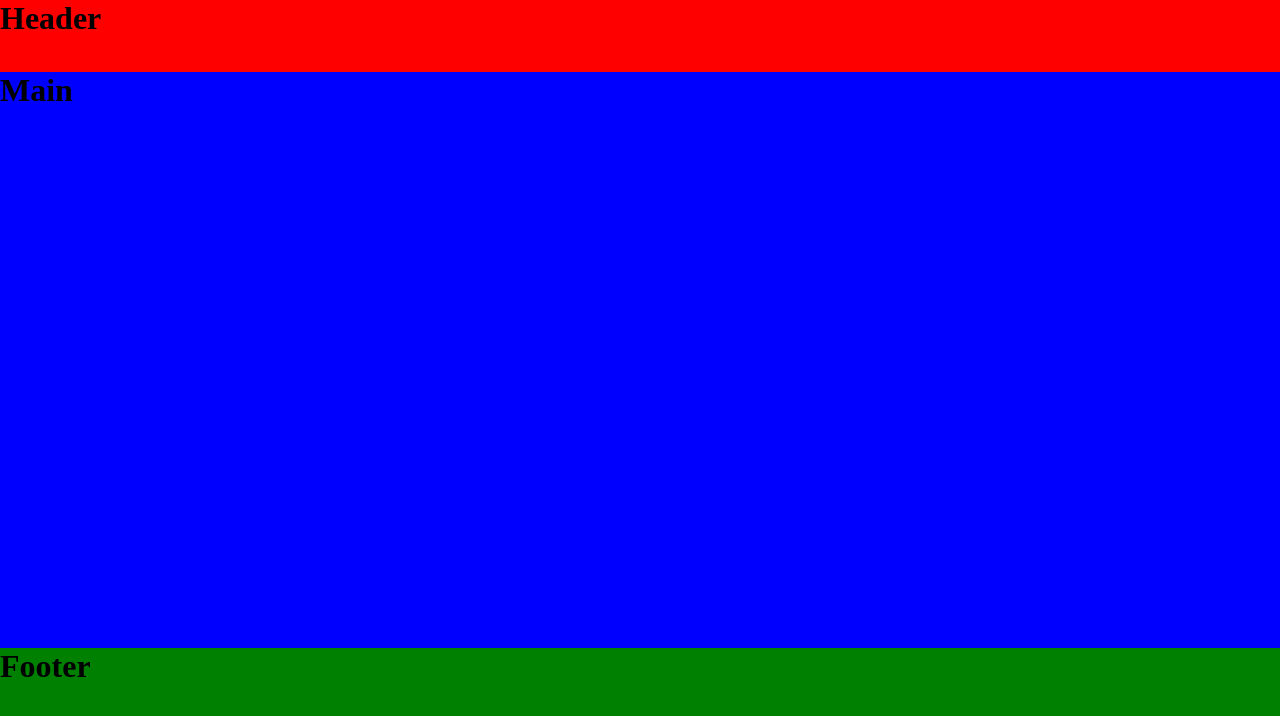
Repository: jameswilky/chess
Page: index.html
An editor plug-in stored every save of this project. The page is shown before and after the next save, followed by the edit.
The browser window is 1280 px wide. The pictures show the whole page.

Above is the page before, as saved 2018-11-22 09:16:26.

### index.html
<!DOCTYPE html>
<html>

<head>
    <meta charset="utf-8" />
    <title>Chess</title>
    <link href="style.css" rel="stylesheet">
</head>

<body>

    <div class="wrapper">
        <header>
            <h1>Header</h1>

        </header>
    </div>
    <div class="main">
        <h1>Main</h1>
        <div id="game">
            <canvas id="board"></canvas>
            <canvas id="markers"></canvas>
            <canvas id="chessmen_layer"></canvas>
        </div>
    </div>
    <footer>
        <h1>Footer</h1>
    </footer>
    </div>





</body>

<script src="board.js"></script>
<script src="chessmen.js"></script>
<script src="mouse.js"></script>
<script src="game.js"></script>

</html>

### style.css
* {
  padding: 0;
  margin: 0;
}

.main{
 position: absolute;
 top: 10%;
 bottom: 10%;
 right:0;
 left:0;
 background-color: blue;
}

#game{
  position: absolute;
  height: 480px;
  width: 480px;
}

#board {
  left : 0; z-index:0; position: absolute;
}

#markers {
  left : 0; z-index:0; position: absolute;
}

#chessmen_layer {
 left : 0; z-index:1; position: absolute;
}

header{
  position: absolute;
  background-color: red;
  top:0;
  right: 0;
  left: 0;
  height: 10%;
}

footer{
  position: absolute;
  z-index: 3;
  right: 0;
  left: 0;
  background-color: green;
  height: 10%;
  bottom: 0;
}

### board.js
//Define Globals
const N = 8;
const game_div = document.getElementById("game");
console.log(game_div.offsetWidth);
const WIDTH = game_div.width;
const HEIGHT = game_div.height;
const TILE_SIZE = HEIGHT / N; // 60
console.log(WIDTH, HEIGHT);

//Define board canvas
const board = document.getElementById("board");
const board_ctx = board.getContext("2d");
let primary_color = "#a87e2b";
let secondary_color = "#ffdf9e";


//Define marker layer
const markers = document.getElementById("markers");
const markers_ctx = markers.getContext("2d");
markers.height = HEIGHT;
markers.width = WIDTH;

//Define chessmen layer
const chessmen_layer = document.getElementById("chessmen_layer");
const chessmen_ctx = chessmen_layer.getContext("2d");
chessmen_layer.height = HEIGHT;
chessmen_layer.width = WIDTH;

//Used for drawing
function drawRect(ctx, x, y, color) {
  ctx.beginPath();
  ctx.rect(x, y, TILE_SIZE, TILE_SIZE);
  ctx.fillStyle = color;
  ctx.fill();
  ctx.closePath();
}

function initialize_board() {
  // Initialize graphical and logical board
  let i, j, x, y = 0;
  let prev_color;
  for (i = 0; i < N; i++) {
    y = TILE_SIZE * i;
    if (i % 2 == 0) { //If even, start with a black grid
      prev_color = secondary_color;
    }
    else { //If odd, start with a #ffcf7c grid
      prev_color = primary_color;
    }
    for (j = 0; j < N; j++) {
      x = TILE_SIZE * j;

      if (prev_color == primary_color) { //If last block black, make this block #ffcf7c
        prev_color = secondary_color;
      }
      else if (prev_color == secondary_color) { //If last block #ffcf7c, make this block black
        prev_color = primary_color;
      }
      drawRect(board_ctx, x, y, prev_color);

    }
  }
}

### chessmen.js
let chessmen = []; // Hold living chest piece objects

// Populate list of current chess pieces
function init_chessmen(items) {
  for (let id = 0; id < items.length; id++) {
    chessmen[id] = new Chessman(id, items[id].type, items[id].row, items[id].col, items[id].faction);
    chessmen[id].render(chessmen_ctx);
  }
}

//Chest piece constructor
function Chessman(id, type, row, col, faction) {
  this.name = type + "_" + faction + "_" + id;
  this.id = id;
  this.type = type;
  this.position = {
    logical: { col: col, row: row },
    graphical: { //calculate position of chest piece
      x: (col * TILE_SIZE), y: (row * TILE_SIZE)
    }
  }
  this.faction = faction;
  this.sprite = "/images/" + type + "_" + faction + ".png";
  this.options = []; // holds objects containing possible locations to move
  this.render = function () {
    //Draws the chest piece
    let img = new Image();
    let x = this.position.graphical.x;
    let y = this.position.graphical.y;

    img.onload = function () {
      //Loads when img.src is called
      chessmen_ctx.beginPath();
      chessmen_ctx.drawImage(img, x, y);
      chessmen_ctx.closePath();
    }
    img.src = this.sprite;
  }
  this.derender = function () {
    chessmen_ctx.beginPath();
    chessmen_ctx.clearRect(this.position.graphical.x, this.position.graphical.y, TILE_SIZE, TILE_SIZE);
    chessmen_ctx.closePath();
  }
  this.calculate_movement_options = function () {
    //This function is used to determine the coordinates of each possible move for a selected tile
    this.options = []; //clear last options
    let j = 0;
    let i = 0; //used to iterate through list of options
    //console.log(type, faction, row, col)
    let r = this.position.logical.row;
    let c = this.position.logical.col;

    let options = this.options;

    function check_tile(row, col, diag, isPawn) {
      //diag is an optional variable for pawn sideways movement logic
      diag = diag || false;
      isPawn = isPawn || false;

      //Checks the status of the board to see if the chessman can move to selected tile

      let option = {}; //edited, used to hold {faction:faction}
      //Check tile does not exceed bounds of the board
      if (row > 7 || row < 0 || col > 7 || col < 0) {
        return false;
      }

      //Check if target tile contains a chessman of same faction
      let isFriendly = false;
      let isEnemy = false;

      chessmen.forEach(chessman => {
        if (chessman.position.logical.row == row && chessman.position.logical.col == col) { //Check if position is occupied
          if (chessman.faction == faction) {
            isFriendly = true;
          }
          else { //tile is occupied by enemy
            isEnemy = true;
          }
          option.contains = chessman;
        }
      })

      //pawn logic
      if (diag && isEnemy) {
        option.row = row;
        option.col = col;
        options[i] = option;
        i++;
      }
      if (diag && !isEnemy) {
        return
      }

      //if tile does not contain friendly chessmen, or if its an enemy create new option
      if (!isFriendly || isEnemy) {
        option.row = row;
        option.col = col;
        options[i] = option;
        i++;
      }
      return isFriendly || isEnemy;

    }

    if (this.type == "pawn") {
      if (this.faction == "black") {
        check_tile(r + 1, c);//south
        check_tile(r + 1, c + 1, true) // south East
        check_tile(r + 1, c - 1, true) //south West
        if (this.nMoves == 0) {
          check_tile(r + 2, c); //Extra move on first turn
        }
      }
      if (this.faction == "white") {
        check_tile(r - 1, c); //north
        check_tile(r - 1, c + 1, true) // North East
        check_tile(r - 1, c - 1, true) //North West
        if (this.nMoves == 0) {
          check_tile(r - 2, c); //Extra move on first turn
        }
      }
    }
    if (this.type == "rook") {
      for (j = 0; j < N; j++) {// South
        if (check_tile(r + j + 1, c) == true) break
      }
      for (j = 0; j < N; j++) {// East
        if (check_tile(r, c + j + 1) == true) break
      }
      for (j = 0; j < N; j++) {// North
        if (check_tile(r - j - 1, c) == true) break
      }
      for (j = 0; j < N; j++) {// West
        if (check_tile(r, c - j - 1) == true) break
      }
    }
    if (this.type == "bishop") {
      for (j = 0; j < N; j++) { // South East
        if (check_tile(r + 1 + j, c + 1 + j) == true) break
      }
      for (j = 0; j < N; j++) { // South West
        if (check_tile(r + 1 + j, c - 1 - j) == true) break
      }
      for (j = 0; j < N; j++) { // North East
        if (check_tile(r - 1 - j, c + 1 + j) == true) break
      }
      for (j = 0; j < N; j++) { // North west
        if (check_tile(r - 1 - j, c - 1 - j) == true) break
      }
    }
    if (this.type == "queen") {
      for (j = 0; j < N; j++) { // South East
        if (check_tile(r + 1 + j, c + 1 + j) == true) break
      }
      for (j = 0; j < N; j++) { // South West
        if (check_tile(r + 1 + j, c - 1 - j) == true) break
      }
      for (j = 0; j < N; j++) { // North East
        if (check_tile(r - 1 - j, c + 1 + j) == true) break
      }
      for (j = 0; j < N; j++) { // North west
        if (check_tile(r - 1 - j, c - 1 - j) == true) break
      }
      for (j = 0; j < N; j++) {// South
        if (check_tile(r + j + 1, c) == true) break
      }
      for (j = 0; j < N; j++) {// East
        if (check_tile(r, c + j + 1) == true) break
      }
      for (j = 0; j < N; j++) {// North
        if (check_tile(r - j - 1, c) == true) break
      }
      for (j = 0; j < N; j++) {// West
        if (check_tile(r, c - j - 1) == true) break
      }
    }
    if (this.type == "king") {
      check_tile(r + 1, c + 1) //South East
      check_tile(r + 1, c - 1) //South West
      check_tile(r - 1, c + 1) // North East
      check_tile(r - 1, c - 1) //North West
      check_tile(r + 1, c) //south
      check_tile(r, c + 1) //east
      check_tile(r - 1, c) //north
      check_tile(r, c - 1) //west

    }
    if (this.type == "knight") {
      // Check each tile in clockwise order
      check_tile(r - 2, c + 1)
      check_tile(r - 1, c + 2)
      check_tile(r + 1, c + 2)
      check_tile(r + 2, c + 1)
      check_tile(r + 2, c - 1)
      check_tile(r + 1, c - 2)
      check_tile(r - 1, c - 2)
      check_tile(r - 2, c - 1)
    }

    //return array of options containing locations to highlight

  }
  this.show_movement_options = function () {
    this.options.forEach(option => {
      //Represent each available movement option with a highlighted tile
      drawRect(markers_ctx, (option.col * TILE_SIZE), (option.row * TILE_SIZE), "#635e55");
    })
  }
  this.hover = false;
  this.isKing = false;
  if (this.type == "king") {
    this.isKing = true;
  }

  this.nMoves = 0;
  this.points;
  if (this.type == "king") {
    this.points = 10;
  }
  if (this.type == "queen") {
    this.points = 9;
  }
  if (this.type == "bishop") {
    this.points = 3;
  }
  if (this.type == "knight") {
    this.points = 3;
  }
  if (this.type == "rook") {
    this.points = 5;
  }
  if (this.type == "pawn") {
    this.points = 1;
  }

  //Update graphical and logical position
  this.moveTo = function (col, row) {


    function moveIsValid(r1, r2, c1, c2, options) {
      let valid = false;

      if ((r1 == r2) && (c1 == c2)) {
        // if logical position is the same, no move was made
        valid = false;
      }
      options.forEach(option => {
        if (option.row == r2 && option.col == c2) {
          //todo check faction
          valid = true;
        }
      })
      return valid
    }

    if (moveIsValid(this.position.logical.row, row, this.position.logical.col, col, this.options)) {
      //If valid, Check if enemy chessman has been killed
      //check if desination contains an enemy
      let target = chessmen.find(chessman => {
        return (chessman.position.logical.row == row && chessman.position.logical.col == col)
      })

      // then render at new position and update logical position
      //console.log("Changed position of", chessman, "from row:", chessman.position.logical.row, " col:", chessman.position.logical.col, " to row:", row, "col:", col)

      this.derender(); //De render previous position
      this.position.logical.col = col;
      this.position.logical.row = row;
      this.position.graphical.x = this.position.logical.col * TILE_SIZE;
      this.position.graphical.y = this.position.logical.row * TILE_SIZE;
      this.derender(); //remove any chess pieces
      this.render();

      //If destination contains emeny, remove it from list of active chessmen
      if (target) {
        chessmen.splice(chessmen.indexOf(target), 1);
      }

      this.nMoves++; //used to testing if pawn is moved
      // // trigger movement event
      let event = new CustomEvent('moved');
      document.dispatchEvent(event);
    }
    else {
      //re-render original position
      this.render();
    }
  }
}

// Update location of chest pieces
function render_markers() {
  //Clear all markers
  markers_ctx.clearRect(0, 0, HEIGHT, WIDTH);

  //find chessman that matches mouse location and show movement markers
  chessmen.forEach(chessman => {
    if (chessman.hover == true) {
      chessman.show_movement_options();
    }
  });


}

### mouse.js
let dragging = false;
let selector = document.createElement("img");
;

selector.ondragstart = function () {
  return false;
};

//Compare two row/col coordinates
function coordsMatch(coord, piece) {
  let xmin = piece.x;
  let xmax = piece.x + TILE_SIZE;

  let ymin = piece.y;
  let ymax = piece.y + TILE_SIZE;

  if (
    (coord.x >= xmin) &&
    (coord.x < xmax) &&
    (coord.y >= ymin) &&
    (coord.y < ymax)
  ) {
    return true
  }
}

//Listen for when we hover over a chest piece, then draw the movement options
chessmen_layer.addEventListener('mousemove', (e) => {
  if (dragging == false) {
    let pos = {
      x: e.clientX,
      y: e.clientY
    };
    //Check all chessmen and check if clicked location matches a chessman location
    chessmen.forEach(chessman => {
      if (coordsMatch(pos, chessman.position.graphical)) {
        //If true, select that chessman
        chessman.hover = true;
      }
      else {
        //Otherwise, that chessman was not selected
        chessman.hover = false;
      }
    })
    render_markers();
  }
})

//Click and drag chessmen
chessmen_layer.addEventListener('mousedown', (e) => {

  dragging = true; //stop markers rendering while dragging pieces
  let pos = {
    x: e.clientX,
    y: e.clientY
  }
  //Check all chessmen and check if clicked location matches a chessman location
  chessmen.forEach(chessman => {
    if (coordsMatch(pos, chessman.position.graphical)) {
      if (chessman.faction == "black") {
        dragging = false;
        return
      }
      //If true, derender chessman from chessman_layer, and redraw on selector layer
      chessman.derender();

      //draw selector
      selector.style.position = 'absolute';
      selector.src = chessman.sprite;
      selector.id = 'selector';
      document.body.append(selector);

      //center selector at mouse locaiton
      moveAt(pos.x, pos.y);

      function moveAt(x, y) {
        selector.style.left = x - TILE_SIZE / 2 + 'px';
        selector.style.top = y - TILE_SIZE / 2 + 'px';
      }

      function onMouseMove(moveEvent) {
        moveAt(moveEvent.clientX, moveEvent.clientY);
      }

      // selector will follow mouse on movement
      document.addEventListener('mousemove', onMouseMove);


      // drop the selector, remove unneeded handlers
      chessmen_layer.onmouseup = function (upevent) {
        document.removeEventListener('mousemove', onMouseMove);

        //clear selector
        selector.src = ""
        // console.log("before", document.getElementById('selector'))
        // document.body.removeChild(document.getElementById('selector'))
        // console.log("after", document.getElementById('selector'))

        //convert mouse pos to a row/col logical value
        let dest = {
          x: Math.trunc(upevent.clientX / TILE_SIZE),
          y: Math.trunc(upevent.clientY / TILE_SIZE)
        }

        //console.log("Event 1")
        dragging = false; // allow marker rendering to continue
        chessmen_layer.onmouseup = null;
        //Update chessman logical location and snap to grid
        chessman.moveTo(dest.x, dest.y)
      };
    }
  })
})

### game.js
//Initialize default locations
let default_locations = [
  { tile: 0, type: "rook", row: 0, col: 0, faction: "black" },
  { tile: 1, type: "knight", row: 0, col: 1, faction: "black" },
  { tile: 2, type: "bishop", row: 0, col: 2, faction: "black" },
  { tile: 3, type: "king", row: 0, col: 3, faction: "black" },
  { tile: 4, type: "queen", row: 0, col: 4, faction: "black" },
  { tile: 5, type: "bishop", row: 0, col: 5, faction: "black" },
  { tile: 6, type: "knight", row: 0, col: 6, faction: "black" },
  { tile: 7, type: "rook", row: 0, col: 7, faction: "black" },
  { tile: 8, type: "pawn", row: 1, col: 0, faction: "black" },
  { tile: 9, type: "pawn", row: 1, col: 1, faction: "black" },
  { tile: 10, type: "pawn", row: 1, col: 2, faction: "black" },
  { tile: 11, type: "pawn", row: 1, col: 3, faction: "black" },
  { tile: 12, type: "pawn", row: 1, col: 4, faction: "black" },
  { tile: 13, type: "pawn", row: 1, col: 5, faction: "black" },
  { tile: 14, type: "pawn", row: 1, col: 6, faction: "black" },
  { tile: 15, type: "pawn", row: 1, col: 7, faction: "black" },

  { tile: 48, type: "pawn", row: 6, col: 0, faction: "white" },
  { tile: 49, type: "pawn", row: 6, col: 1, faction: "white" },
  { tile: 50, type: "pawn", row: 6, col: 2, faction: "white" },
  { tile: 51, type: "pawn", row: 6, col: 3, faction: "white" },
  { tile: 52, type: "pawn", row: 6, col: 4, faction: "white" },
  { tile: 53, type: "pawn", row: 6, col: 5, faction: "white" },
  { tile: 54, type: "pawn", row: 6, col: 6, faction: "white" },
  { tile: 55, type: "pawn", row: 6, col: 7, faction: "white" },
  { tile: 56, type: "rook", row: 7, col: 0, faction: "white" },
  { tile: 57, type: "knight", row: 7, col: 1, faction: "white" },
  { tile: 58, type: "bishop", row: 7, col: 2, faction: "white" },
  { tile: 59, type: "king", row: 7, col: 3, faction: "white" },
  { tile: 60, type: "queen", row: 7, col: 4, faction: "white" },
  { tile: 61, type: "bishop", row: 7, col: 5, faction: "white" },
  { tile: 62, type: "knight", row: 7, col: 6, faction: "white" },
  { tile: 63, type: "rook", row: 7, col: 7, faction: "white" },

]

let turn = 0;
let IsWhiteTurn = false;
let IsBlackTurn = false;
let game = true;
let AIOptions = [];


function set_turn() {
  if (turn % 2 == 0) {
    IsWhiteTurn = true;
    IsBlackTurn = false;
    //console.log("White players turn")
  }
  else {
    IsBlackTurn = true;
    IsWhiteTurn = false;
    //console.log("Black players turn")
  }
  turn += 1;
}

function determineAIOptions() {
  let AIOptions = [];
  let i = 0;
  chessmen.forEach(chessman => {
    if (chessman.faction == 'black') {
      chessman.options.forEach(option => {
        let AIOption = {}; //dereference object
        AIOption.row = option.row;
        AIOption.col = option.col;
        if (option.contains) {
          AIOption.points = option.contains.points;
        }
        AIOption.chessman = chessman;
        AIOptions[i] = AIOption;
        i++;
      })
    }
  })
  return AIOptions;

}

function AIMove(options) {
  let max = 0;
  let choice = {};
  options.forEach(option => {
    if (option.points) {
      if (option.points > max) {
        max = option.points;
        choice = option;
      }
    }
  })
  if (max == 0) {
    choice = options[Math.floor(Math.random() * options.length)];  //Return a random choice
  }
  choice.chessman.moveTo(choice.col, choice.row)
  //calculate AI
}


//Set up board
initialize_board();
init_chessmen(default_locations);
chessmen.forEach(chessman => {
  chessman.calculate_movement_options();
})
set_turn();
function checkKing() {
  let kings = chessmen.filter(chessman => chessman.isKing == true)
  if (kings.length == 1) {
    alert(kings[0].faction + " Wins!!!")
  }
}

// Listen for movement
document.addEventListener('moved', function (event) {
  //check if king died last turn;
  checkKing();
  set_turn();
  //Calculate new movement positiifons
  chessmen.forEach(chessman => {
    chessman.calculate_movement_options();
  })

  if (IsBlackTurn) {
    //Run black turn AI
    chessmen.forEach(chessman => {
      chessman.calculate_movement_options(); //assign new options
    })
    AIOptions = determineAIOptions();
    AIMove(AIOptions);
  }
}, false);

After the next save:
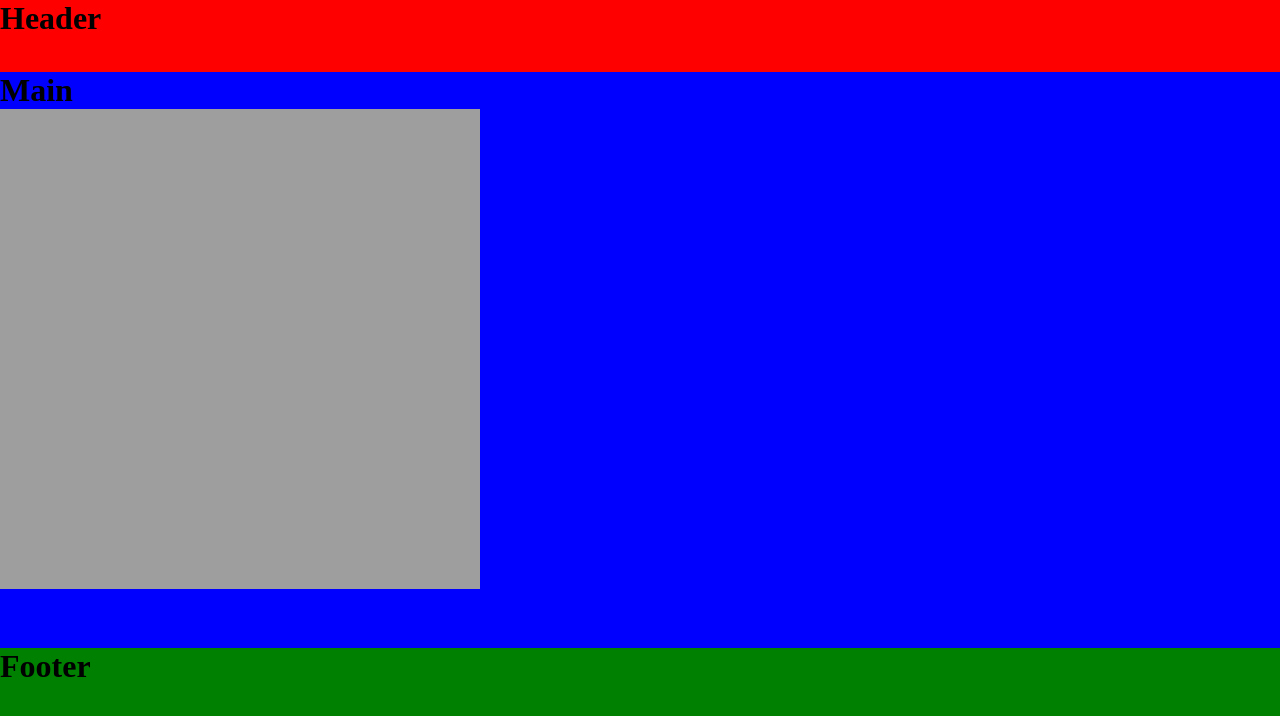
Saved 19 s later.
--- a/board.js
+++ b/board.js
@@ -2,8 +2,8 @@
 const N = 8;
 const game_div = document.getElementById("game");
 console.log(game_div.offsetWidth);
-const WIDTH = game_div.width;
-const HEIGHT = game_div.height;
+const WIDTH = game_div.offsetWidth;
+const HEIGHT = game_div.offsetHeight;
 const TILE_SIZE = HEIGHT / N; // 60
 console.log(WIDTH, HEIGHT);
 
